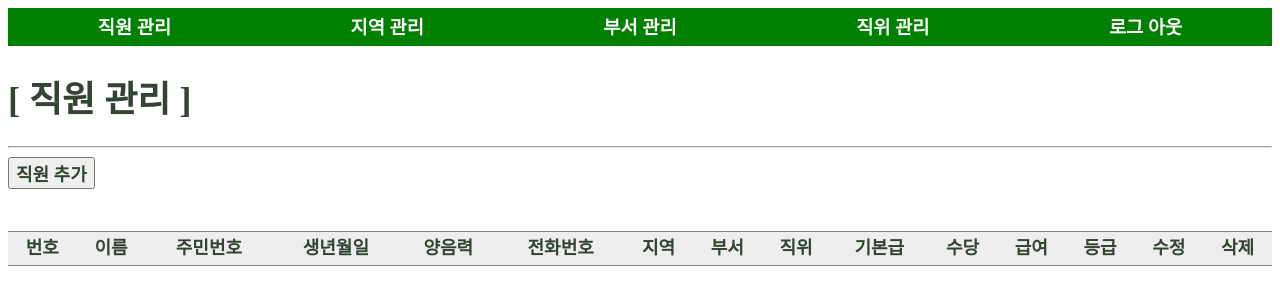
Repository: Umkimisstrong/UM_SpringMVCStudy
Page: http://localhost/mvc04/WEB-INF/view/EmpList.jsp
An editor plug-in stored every save of this project. The page is shown before and after the next save, followed by the edit.
The browser window is 1280 px wide. The pictures show the whole page.
The page is served by Tomcat 9. Nobody is signed in. The template is opened directly, without the code that normally fills it, so the values that code supplies are empty.

Above is the page before, as saved 2022-06-02 01:35:01.

### mvc04/WebContent/WEB-INF/view/EmpList.jsp
<%@ page contentType="text/html; charset=UTF-8"%>
<%@ taglib prefix="c" uri="http://java.sun.com/jsp/jstl/core"%>
<%@ taglib prefix="fmt" uri="http://java.sun.com/jsp/jstl/fmt"%>
<%
	request.setCharacterEncoding("UTF-8");
	String cp = request.getContextPath();
%>
<!DOCTYPE html>
<html>
<head>
<meta charset="UTF-8">
<title>EmpList.jsp</title>
<link rel="stylesheet" type="text/css" href="<%=cp %>/css/menuStyle.css">
<link rel="stylesheet" type="text/css" href="<%=cp %>/css/main.css">
<script type="text/javascript" src="http://code.jquery.com/jquery.min.js"></script>
<script type="text/javascript">

	$(function()
	{
		// 테스트
		//alert("확인");

		// 수정 버튼 클릭 시 액션
		$(".updateBtn").click(function()
		{
			//alert("수정 버튼 클릭");

			$(location).attr("href", "employeeupdateform.action?employeeId=" + $(this).val());
		});


		// 삭제 버튼 클릭 시 액션
		$(".deleteBtn").click(function()
		{
			//alert("삭제 버튼 클릭");

			if (confirm("현재 선택한 데이터를 정말 삭제하시겠습니까?"))
			{
				$(location).attr("href", "employeedelete.action?employeeId=" + $(this).val());
				// $(location).attr(속성, URL?데이터=값);
			}
		});
	});


</script>

</head>
<body>

<!---------------------------------------------------
	#15 EmployeeList.jsp
	- 직원 리스트 출력 페이지
	- 일반직원이 접근하는 직원 데이터 출력 페이지
	  (관리자가 접근하는 직원 데이터 출력페이지는
	   EmployeeList.jsp로 구성)
 ---------------------------------------------------->


<div>
	<!-- 메뉴 영역 -->
	<div>
		<c:import url="EmployeeMenu.jsp"></c:import>
	</div>

	<!-- 콘텐츠 영역 -->
	<div id="content">
		<h1>[ 직원 관리 ]</h1>
		<hr />

		<div>
			<form action="">
				<input type="button" value="직원 추가" class="btn"
				onclick="location.href='employeeinsertform.action'"/>
				  <!-- onclick="location.href='EmployeeInsertForm.jsp'"/> -->

			</form>
		</div>
		<br />
		<br />
	<!-- ---------------------------------------------------
	EMPLOYEEID NAME SSN BIRTHDAY LUNAR LUNARNAME TELEPHONE
	DEPARTMENTID DEPARTMENTNAME POSITIONID POSITIONNAME
	REGIONID REGIONNAME BASICPAY EXTRAPAY PAY GRADE
	----------------------------------------------------  -->
	<table id="customers" class="table">

		<tr>
			<!-- 항목 15EA -->
			<th>번호</th>
			<th>이름</th>
			<th>주민번호</th>
			<th>생년월일</th>
			<th>양음력</th>
			<th>전화번호</th>
			<th>지역</th>
			<th>부서</th>
			<th>직위</th>
			<th>기본급</th>
			<th>수당</th>
			<th>급여</th>
			<th>등급</th>
			<th>수정</th>
			<th>삭제</th>
		</tr>
	<!--
		<tr>
			<td>1</td>
			<td>김상기</td>
			<td>620527</td>
			<td>1962-05-27</td>
			<td>양력</td>
			<td>010-9876-5432</td>
			<td>서울</td>
			<td>개발부</td>
			<td>사원</td>
			<td>1,500,000</td>
			<td>1,500,000</td>
			<td>3,000,000</td>
			<td>관리자</td>
			<td><button type="button" class="btn">수정</button></td>
			<td><button type="button" class="btn">삭제</button></td>
		</tr>
		<tr>
			<td>2</td>
			<td>이상기</td>
			<td>620527</td>
			<td>1962-05-27</td>
			<td>양력</td>
			<td>010-9876-5432</td>
			<td>서울</td>
			<td>개발부</td>
			<td>사원</td>
			<td>1,500,000</td>
			<td>1,500,000</td>
			<td>3,000,000</td>
			<td>관리자</td>
			<td><button type="button" class="btn">수정</button></td>
			<td><button type="button" class="btn">삭제</button></td>
		</tr>
		<tr>
			<td>3</td>
			<td>박상기</td>
			<td>620527</td>
			<td>1962-05-27</td>
			<td>양력</td>
			<td>010-9876-5432</td>
			<td>서울</td>
			<td>개발부</td>
			<td>사원</td>
			<td>1,500,000</td>
			<td>1,500,000</td>
			<td>3,000,000</td>
			<td>관리자</td>
			<td><button type="button" class="btn">수정</button></td>
			<td><button type="button" class="btn">삭제</button></td>
		</tr>
	 -->
	<c:forEach	var="employee" items="${employeeList }">
	<tr>
		<td>${employee.employeeId }</td>
		<td>${employee.name }</td>
		<td>${employee.ssn }-*******</td>
		<td>${employee.birthday }</td>
		<td>${employee.lunarName }</td>
		<td>${employee.telephone }</td>
		<td>${employee.regionName }</td>
		<td>${employee.departmentName }</td>
		<td>${employee.positionName }</td>


		<%-- <td>${employee.basicPay }</td> --%>
		<td>
			<fmt:formatNumber value="${employee.basicPay }"
			groupingUsed="true"></fmt:formatNumber>
		</td>

		<%-- <td>${employee.extraPay }</td> --%>
		<td>
			<fmt:formatNumber value="${employee.extraPay }"
			groupingUsed="true"></fmt:formatNumber>
		</td>

		<%-- <td>${employee.pay }</td> --%>
		<td>
			<fmt:formatNumber value="${employee.pay }"
			groupingUsed="true"></fmt:formatNumber>
		</td>

		<td>${employee.grade==0 ? "관리자" : "일반사원" }</td>
		<td>
			<button type="button" class="btn updateBtn"
		    value="${employee.employeeId }">수정</button>
		</td>

		<td>
			<button type="button" class="btn deleteBtn"
			value="${employee.employeeId }">삭제</button>
		</td>
	</tr>
	</c:forEach>

	</table>



	</div>

	<!-- 회사 소개 및 어플리케이션 소개 영역 -->
	<div id="footer">

	</div>

</div>





</body>
</html>

### mvc04/WebContent/WEB-INF/view/EmployeeMenu.jsp
<%@ page contentType="text/html; charset=UTF-8"%>
<%@ taglib prefix="c" uri="http://java.sun.com/jsp/jstl/core"%>
<%
	request.setCharacterEncoding("UTF-8");
	String cp = request.getContextPath();
%>
<!DOCTYPE html>
<html>
<head>
<meta charset="UTF-8">
<title>EmployeeMenu.jsp</title>
<link rel="stylesheet" type="text/css" href="<%=cp %>/css/menuStyle.css">
</head>
<body>

<!--------------------------------
      #13 EmployeeMenu.jsp
      - 메인 메뉴 페이지 구성
      - 로그아웃 기능 포함
 --------------------------------->
<div id="menu">
	<ul>
		<li>
			<a href="employeelist.action" class="menu">직원 관리</a>
		</li>

		<li>
			<a href="regionlist.action" class="menu">지역 관리</a>
		</li>

		<li>
			<a href="departmentlist.action" class="menu">부서 관리</a>
		</li>

		<li>
			<a href="positionlist.action" class="menu">직위 관리</a>
		</li>

		<li>
			<a href="logout.action" class="menu">로그 아웃</a>
		</li>
	</ul>
</div>






























</body>
</html>

### mvc04/WebContent/css/menuStyle.css
@charset "UTF-8";

/* ========================
    #14. menuStyle.css
    - 메뉴스타일 구성
======================== */

ul
{
	list-style-type: none;
	margin: 0;
	padding: 0;
	overflow: hidden;
}

li
{
	width: 20%;
	float: left;
}

a.menu:link, a.menu:visited
{
	display: block;
	font-weight: bold;
	color: #ffffff;
	background-color: #008000;
	text-align: center;
	padding: 4px;
	text-decoration: none;
	text-transform: uppercase;
	height: 30px;
	font-size: 14pt;
}

a.menu:hover, a.menu:active
{
	background-color: #ffffff;
	color: #008000;
	border: 2px solid #008000;
	border-radius: 5px;
	height: 26px;
}

### mvc04/WebContent/css/main.css
@charset "UTF-8";

/* ========================
	#16 main.css
	- 기본 스타일 지정
======================== */

body, p, div, span, input, table, th, td, select, textarea
{
	font-size: 18px;
	font-family: 맑은 고딕;
	color: #343;

}
a
{
	text-decoration: none;
	color: gray;
}

a:hover
{
	text-decoration: underline;
	color: red;

}
.table
{
	border-collapse: collapse;
	width: 100%;
}
.table th, .table td
{
	border: 1px solid gray;
	border-left: 0px;
	border-right: 0px;

	padding: 3px;
	line-height: 150%;
	text-align: center;
}


.table th
{
	font-weight: bold;
	background-color: #eee;
}

.table td
{
	font-size: 12pt;
}

.btn
{
	cursor: pointer;
	font-family: 맑은 고딕;
	font-weight: bold;
}

.btn:hover
{
	color: #ffffff;
	background-color: #008000;
}

After the next save:
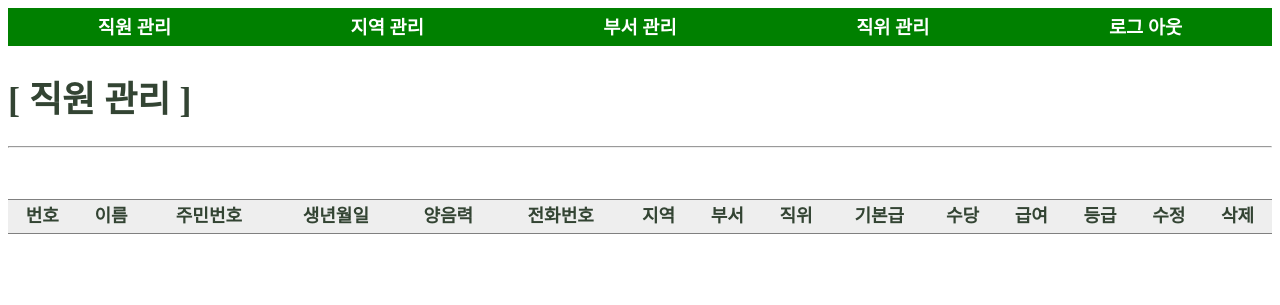
Saved 68 s later.
--- a/mvc04/WebContent/WEB-INF/view/EmpList.jsp
+++ b/mvc04/WebContent/WEB-INF/view/EmpList.jsp
@@ -54,6 +54,7 @@
 	- 일반직원이 접근하는 직원 데이터 출력 페이지
 	  (관리자가 접근하는 직원 데이터 출력페이지는
 	   EmployeeList.jsp로 구성)
+	- 입력 / 수정 / 삭제 기능 없음
  ---------------------------------------------------->
 
 
@@ -68,14 +69,16 @@
 		<h1>[ 직원 관리 ]</h1>
 		<hr />
 
+		<!-- 제거된 div -> 직원 추가 폼
 		<div>
 			<form action="">
 				<input type="button" value="직원 추가" class="btn"
 				onclick="location.href='employeeinsertform.action'"/>
-				  <!-- onclick="location.href='EmployeeInsertForm.jsp'"/> -->
+				  onclick="location.href='EmployeeInsertForm.jsp'"/>
 
 			</form>
 		</div>
+		-->
 		<br />
 		<br />
 	<!-- ---------------------------------------------------
